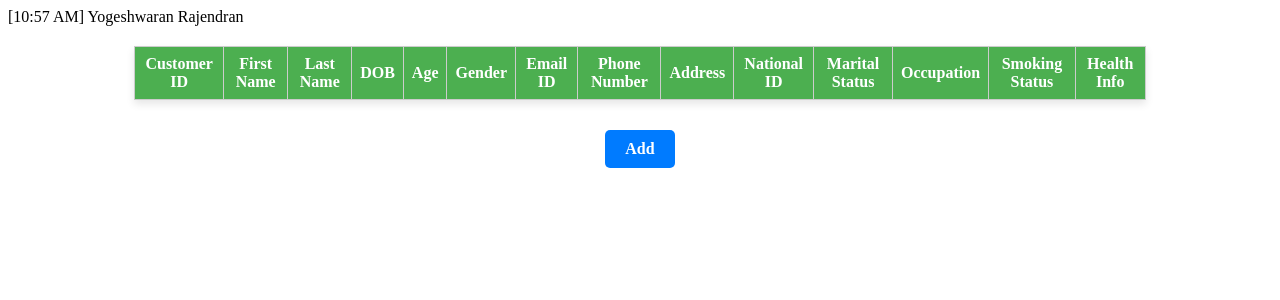
Repository: sowmini-nats/git-spring-project
Page: http://localhost/InsuranceAutomationSystem/CustomerView.jsp
An editor plug-in stored every save of this project. The page is shown before and after the next save, followed by the edit.
The browser window is 1280 px wide. The pictures show the whole page.
The page is served by Tomcat 10. The template is opened directly, without the code that normally fills it, so the values that code supplies are empty.

Above is the page before, as saved 2023-10-30 05:29:26.

After the next save:
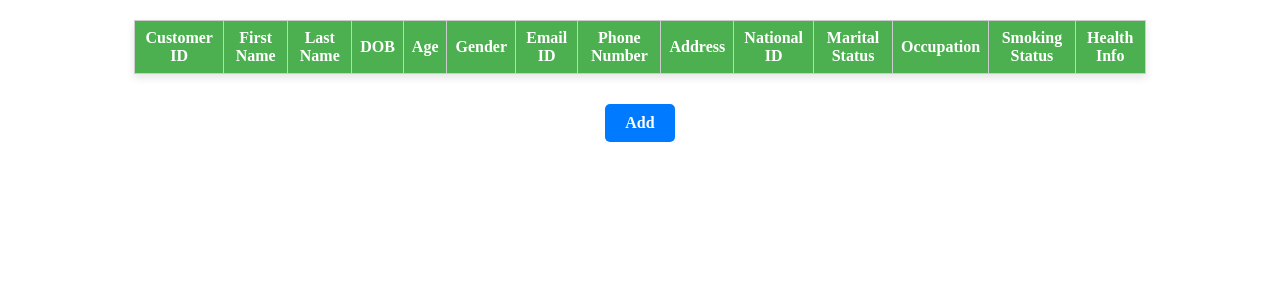
Saved 5 s later.
--- a/eclipse-workspace-jspassessment/InsuranceAutomationSystem/src/main/webapp/CustomerView.jsp
+++ b/eclipse-workspace-jspassessment/InsuranceAutomationSystem/src/main/webapp/CustomerView.jsp
@@ -1,4 +1,3 @@
-[10:57 AM] Yogeshwaran Rajendran
 <%@ page language="java" contentType="text/html; charset=UTF-8" pageEncoding="UTF-8"%>
 <%@ page  import="com.example.demo.model.User,java.util.List"%>
 <%@taglib prefix="c" uri="http://java.sun.com/jsp/jstl/core"%>
